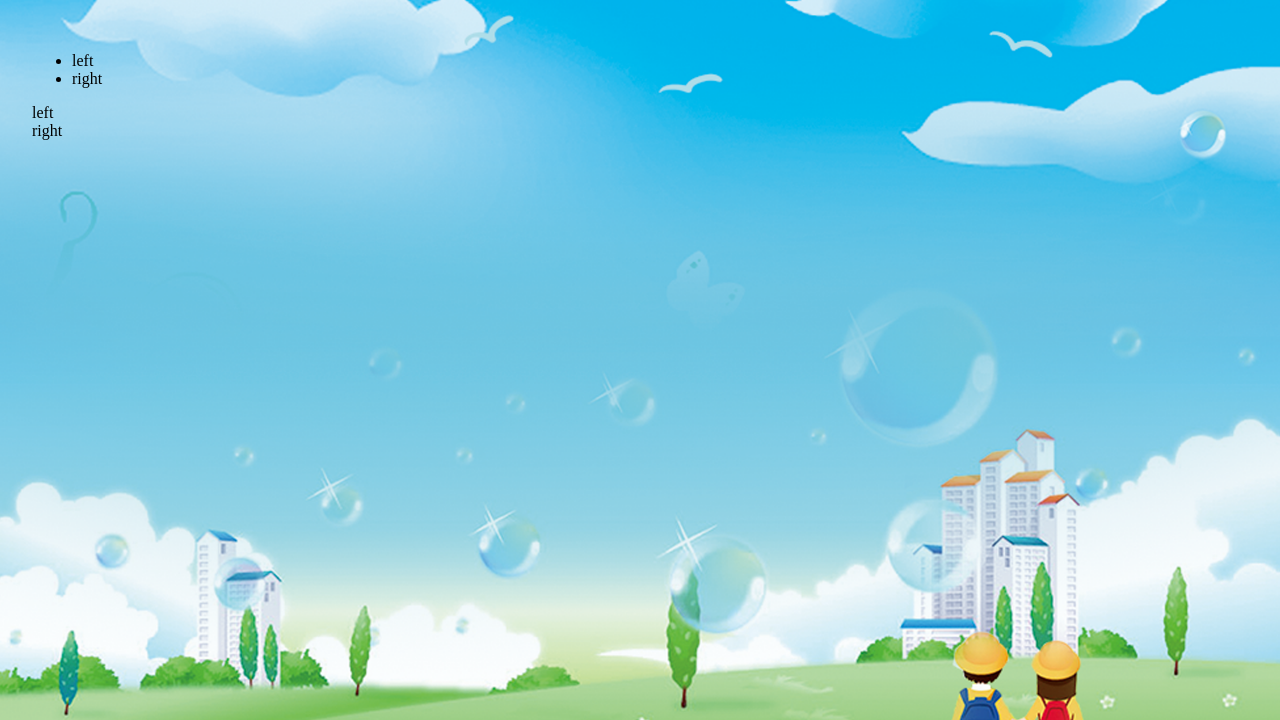
Repository: huangdesheng/classBrand
Page: / (app in classBrand/)
The author's editor kept a copy of each file at every save. The page is drawn from the files as they stood at one save, then again after the next save.
The browser window is 1280 px wide. The pictures show the whole page.
The project was rebuilt for these pictures with package versions that can differ from the ones it lists, and the page was loaded fresh each time.

Above is the page before, as saved 2019-08-23 09:47:02.

After the next save:
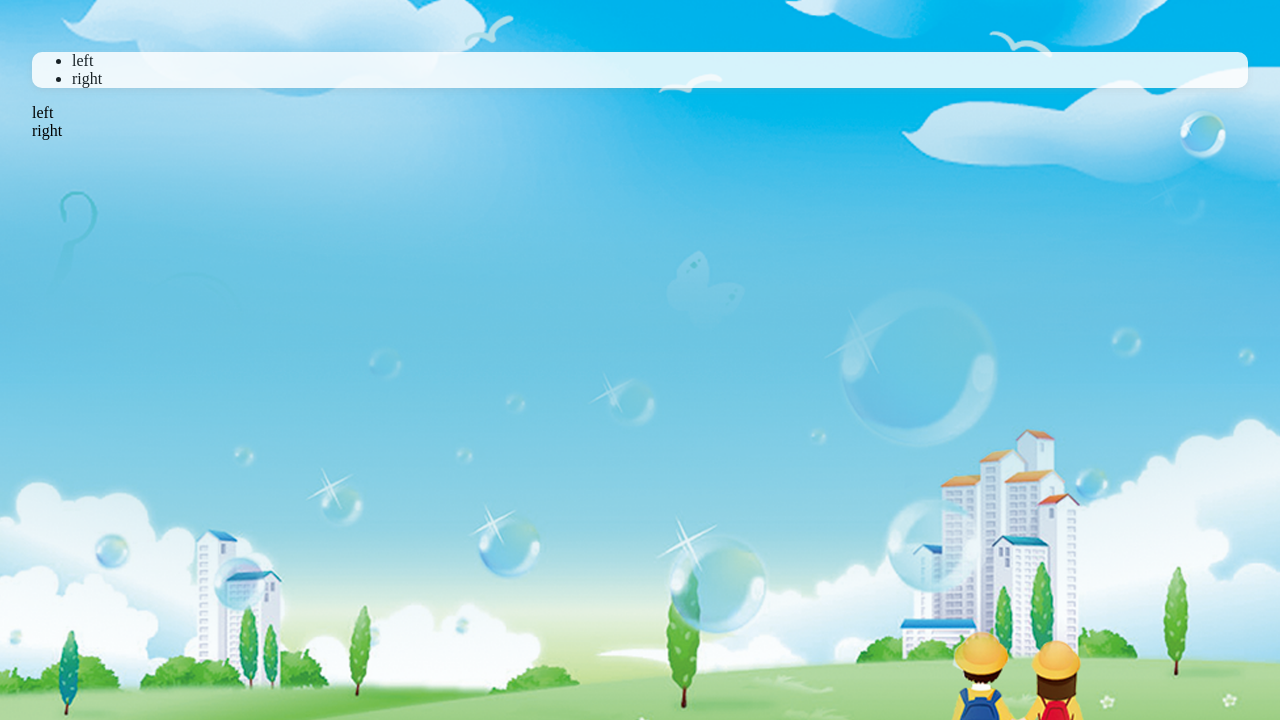
Saved 29 s later.
--- a/classBrand/src/views/index/index.vue
+++ b/classBrand/src/views/index/index.vue
@@ -27,5 +27,8 @@ export default {};
 #index {
   width: 95%;
   height: 90%;
+  header {
+    .bt;
+  }
 }
 </style>
